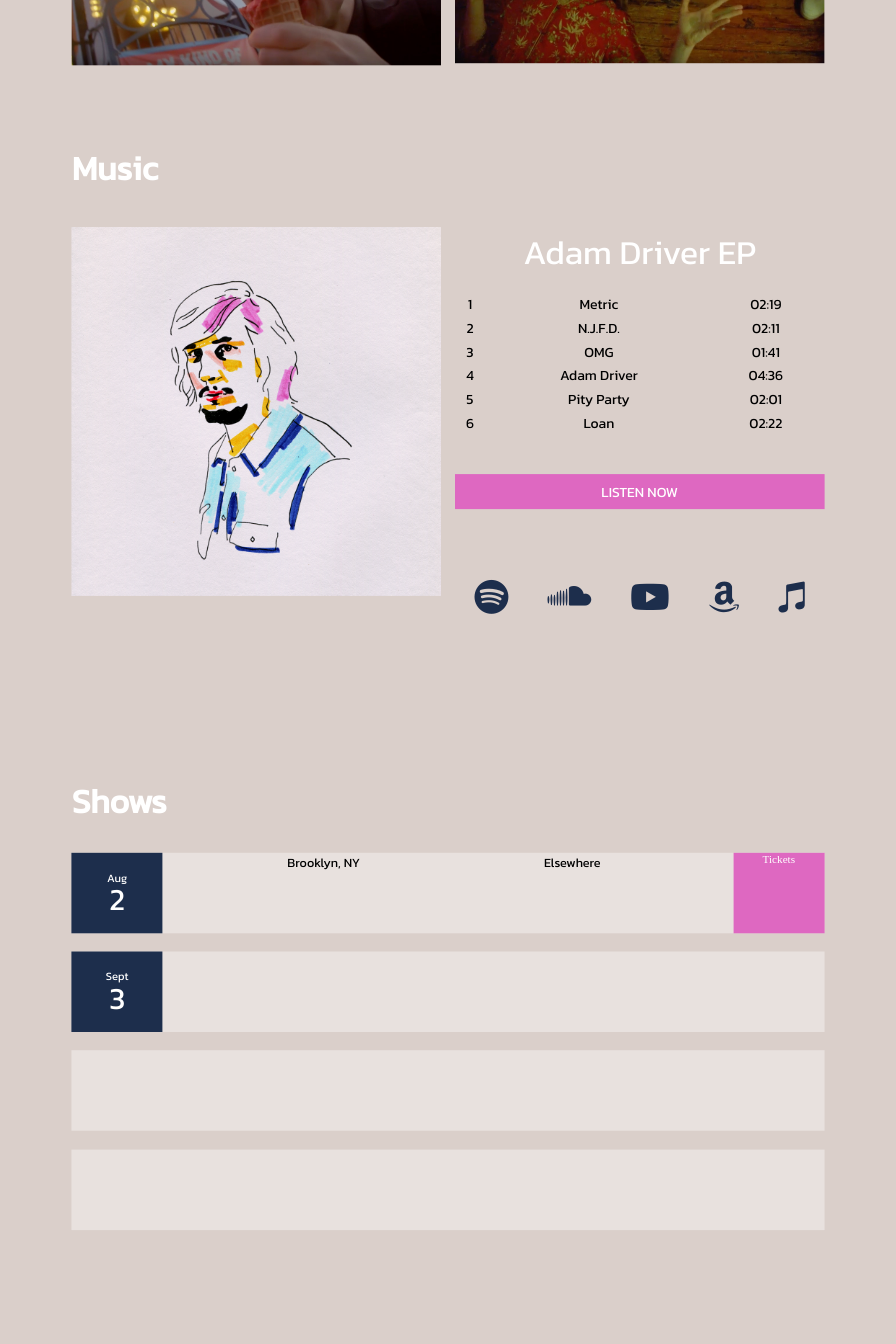
Repository: KrystellBarraza/SipperNYC
Page: index.html
The author's editor kept a copy of each file at every save. The page is drawn from the files as they stood at one save, then again after the next save.
The browser window is 1280 px wide. The pictures show the part of the page from y = 1455 to 3375 px (the page is 3375 px tall), at 70% of full size.
Some web libraries are served in a nearby version.

Above is the page before, as saved 2019-09-11 19:49:19.

### index.html
<!DOCTYPE html>
    <head>
        <meta charset="utf-8">
        <meta http-equiv="X-UA-Compatible" content="IE=edge">
        <title>Sipper</title>
        <meta name="description" content="Wholesome and intrinsically delicate, SIPPER is an NYC based band who wants nothing more than to make you enjoy whatever they put out.">
        <meta name="viewport" content="width=device-width, initial-scale=1">
        <script src="https://kit.fontawesome.com/0942df55aa.js"></script>
        <script src="https://ajax.googleapis.com/ajax/libs/jquery/3.4.1/jquery.min.js"></script>
        <link rel="stylesheet" href="https://ajax.googleapis.com/ajax/libs/jqueryui/1.12.1/themes/smoothness/jquery-ui.css">
        <script src="https://ajax.googleapis.com/ajax/libs/jqueryui/1.12.1/jquery-ui.min.js"></script>
        <link href="https://fonts.googleapis.com/css?family=Kanit&display=swap" rel="stylesheet">
        <link rel="stylesheet" href="venobox/venoboxcopy.css" type="text/css" media="screen">
        <link rel="stylesheet" href="style.css">
    </head>
    <body>

        <div class="container-home">
            <div class="head">
                <header>
                    <h1><a href="index.html">Sipper</a></h1>

                    <div id="toggleText">
                        <p class="menuToggle Open placeHolder"></p>
                        <p class="menuToggle Close" style="color: #FFF;"></p>
                    </div>

                    <div id="menu">
                        <ul id="hiddenMenu">
                            <li><a href="#video">Video</a></li>
                            <li><a href="#music">Music</a></li>
                            <li><a href="#shows">Shows</a></li>
                            <li><a href="#about">About</a></li>
                        </ul>
                    </div>

                    <div class="inlineMenu">
                        <a href="#video">Video</a>
                        <a href="#music">Music</a>
                        <a href="#shows">Shows</a>
                        <a href="#about">About</a>
                    </div>

                </header>
            </div>

            <div id="menu-container"></div>

            <div class="menu">
                <div class="flexbox-nav">
                    <nav class="side-Nav">
                        <li><a href="#video">Video</a></li>
                        <li><a href="#music">Music</a></li>
                        <li><a href="#shows">Shows</a></li>
                        <li><a href="#about">About</a></li>
                    </nav>
                </div>
            </div>

            <div class="album">
                <img src="images/albumcover.jpg">
            </div>

            <div class="footer"></div>

        </div>


        <div class="container-video">
            <div class="head-video">
                <h1 id="video">Video</h1>
            </div>

            <div class="container video-a">
                <div class="content">
                    <a class="venobox" data-autoplay="true" data-vbtype="video" data-gall="myGallery" href="https://youtu.be/N3MalJX4Ll4">
                        <div class="content-overlay"></div>
                        <img class="content-image" src="images/AdamDriver.jpg" alt="Adam Driver">
                        <div class="content-details fadeIn-bottom">
                            <p class="content-title">Adam Driver</p>
                        </div>
                    </a>
                </div>
            </div>

            <div class="container video-b">
                <div class="content">
                    <a class="venobox" data-autoplay="true" data-vbtype="video" data-gall="myGallery" href="https://youtu.be/suzVxfuO1rU">
                        <div class="content-overlay"></div>
                        <img class="content-image" src="images/Metric.jpg" alt="Metric">
                        <div class="content-details fadeIn-top">
                            <p class="content-title">Metric</p>
                        </div>
                    </a>
                </div>
            </div>

            <div class="container video-c">
                <div class="content">
                    <a class="venobox" data-autoplay="true" data-vbtype="video" data-gall="myGallery" href="https://youtu.be/sNYNVeHuiyg">
                        <div class="content-overlay"></div>
                        <img class="content-image" src="images/NJFD.jpg" alt="N.J.F.D.">
                        <div class="content-details fadeIn-left">
                            <p class="content-title">N.J.F.D.</p>
                        </div>
                    </a>
                </div>
            </div>

            <div class="container video-d">
                <div class="content">
                    <a class="venobox" data-autoplay="true" data-vbtype="video" data-gall="myGallery" href="https://youtu.be/S9CmWtUvWd0">
                        <div class="content-overlay"></div>
                        <img class="content-image" src="images/OMG.jpg" alt="OMG">
                        <div class="content-details fadeIn-right">
                            <p class="content-title">OMG</p>
                        </div>
                    </a>
                </div>
            </div>

            <div class="footer-video"></div>

        </div>

        <div class="container-music">
            <div class="head-music">
                <h1 id="music">Music</h1>
            </div>

            <div class="ep">
                <img src="images/albumcover.jpg">
            </div>

            <div class="music-k">
                <p class="ep-title">Adam Driver EP</p>

                <table>
                    <tr>
                        <td>1</td>
                        <td>Metric</td>
                        <td>02:19</td>
                    </tr>
                    <tr>
                        <td>2</td>
                        <td>N.J.F.D.</td>
                        <td>02:11</td>
                    </tr>
                    <tr>
                        <td>3</td>
                        <td>OMG</td>
                        <td>01:41</td>
                    </tr>
                    <tr>
                        <td>4</td>
                        <td>Adam Driver</td>
                        <td>04:36</td>
                    </tr>
                    <tr>
                        <td>5</td>
                        <td>Pity Party</td>
                        <td>02:01<td>
                    </tr>
                    <tr>
                        <td>6</td>
                        <td>Loan</td>
                        <td>02:22</td>
                    </tr>
                </table>
            </div>

            <div class="music-j">
                <div class="listen">
                    <a href="https://levelmusic.lnk.to/AdamDriver_EP" target="_blank">Listen Now</a>
                </div>
            </div>

            <div class="fabIcons music-g">
                <a href="https://open.spotify.com/album/55qLPgpA8Q9fKp5JZo5pjp" target="_blank"><i class="fab fa-spotify"></i></a>
                <a href="https://soundcloud.com/invertebratemusic/sets/sipper-adam-driver-ep" target="_blank"><i class="fab fa-soundcloud"></i></a>
                <a href="https://www.youtube.com/channel/UC4grwiaSitqhA_vmRum_fdg/search?query=sipper" target="_blank"><i class="fab fa-youtube"></i></a>
                <a href="https://www.amazon.com/gp/product/B07QJBL8ZX/ref=dm_ws_sp_ps_dp" target="_blank"><i class="fab fa-amazon"></i></a>
                <a href="https://music.apple.com/us/album/1459355658?app=music" target="_blank"><i class="fab fa-itunes-note"></i></a>
            </div>

            <div class="footer-music"></div>

        </div>

        <div class="container-shows">
            <div class="head-shows">
                <h1 id="shows">Shows</h1>
            </div>

            <div class="shows-m">
                <div class="dates-container-flex">
                    <div class="date-box">
                        <div class="month">Aug</div>
                        <div class="date">2</div>
                    </div>

                    <div class="location">
                        <p>Brooklyn, NY</p>
                    </div>

                    <div class="venue">
                        <p>Elsewhere</p>
                    </div>

                    <div class="tickets">Tickets</div>
                </div>
            </div>


            <div class="shows-n">
                <div class="dates-container-flex">
                    <div class="date-box">
                        <div class="month">Sept</div>
                        <div class="date">3</div>
                    </div>

                </div>
            </div>


            <div class="shows-o">
                <div class="dates-container-flex">

                </div>
            </div>

            <div class="shows-p">
                <div class="dates-container-flex">

                </div>
            </div>

            <div class="footer-shows"></div>

        </div>

        <script src="app.js" async defer></script>
        <script src="venobox/venobox.mincopy.js" async defer></script>
    </body>
</html>

### style.css
* {
    box-sizing: border-box;
}

html {
    scroll-behavior: smooth;
}

body {
    margin: 0;
    background-color: #dacfca;
}

p, li {
    font-family: 'Kanit', sans-serif;
}

p {
    font-size: 18px;
    margin: 0;
}

h1 {
    font-family: 'Kanit', sans-serif;
    color: #fff;
    font-size: 48px;
}

a {
    text-decoration: none;
    color: #fff;
}

/* Header - Home */

.container-home {
    display: grid;
    grid-template-columns: repeat(12, 1fr);
    grid-template-rows: auto 2fr 1fr;
    grid-gap: 5px;
    grid-column-gap: 20px;
    padding-left: 8%;
    padding-right: 8%;
    grid-template-areas:
    "h h h h h h h h h h h h"
    "c c c c c c c c c m m m"
    "c c c c c c c c c m m m"
    "c c c c c c c c c m m m"
    "f f f f f f f f f f f f";
}

.head {
    grid-area: h;
}

.inlineMenu {
    font-family: 'Kanit', sans-serif;
    font-size: 22px;
    word-spacing: 1em;
    top: 16%;
    right: 10%;
    position: absolute;
}

@media (min-width: 566px) and (max-width: 569px) {
    .inlineMenu {
        top: 19.5%;
        word-spacing: .5em;
    }
}

/* Toggled Header Nav */

#toggleText {
    top: 5%;
    right: 10%;
    color: #fff;
    position: absolute;
    z-index: 10;
}

#menu-container {
    background-color: #1d2e4c;
    position: absolute;
    width: 100%;
    left: 0%;
    height: 100vh;
    z-index: 6;
}

#menu {
    background-color: #1d2e4c;
    position: absolute;
    top: 0%;
    left: 0%;
    width: 100%;
    height: 100vh;
    z-index: 7;
}

#hiddenMenu {
    position: absolute;
    top: 30%;
}

p.placeHolder {
    display: none;
}

p.Open:before {
    content: "Menu";
}

p.Close:before {
    content: "Close";
}

ul {
    list-style: none;
}

li {
    font-size: 44px;
    line-height: 46pt;
}

/* Toggled Menu Media Queries */

@media only screen and (max-width: 450px) {
    nav {
        visibility: hidden;
    }
}

@media only screen and (min-width: 450px) {
    #toggleText {
        visibility: hidden;
    }

    #menu {
        visibility: hidden;
    }

    #menu-container {
        visibility: hidden;
    }
}

/* Scrollbar */

::-webkit-scrollbar { width: 8px; }

::-webkit-scrollbar-track { color: transparent; }

::-webkit-scrollbar-thumb {
    background-color: rgba(000, 0, 0, 0.2);
    border-radius: 5px;
}

/* Menu */

.menu {
    grid-area: m;
}

.flexbox-nav {
    display: flex;
    align-items: flex-end;
    justify-content: flex-end;
    margin-top: 356px;
}

.side-nav {
    align-self: flex-end;
    margin-top: 30px;
}

nav > a {
    font-family: 'Kanit', sans-serif;
    color: #fff;
    font-size: 48px;
}

nav > li {
    list-style-type: none;
    padding: 0;
    margin: 0;
}

@media only screen and (max-width: 416px){
    .menu {
        display: none;
    }

    .container-home {
        display: grid;
        grid-template-columns: repeat(12, 1fr);
        grid-template-rows: auto 2fr 1fr;
        grid-gap: 5px;
        padding-left: 8%;
        padding-right: 8%;
        grid-template-areas:
        "h h h h h h h h h h h h"
        "c c c c c c c c c c c c"
        "c c c c c c c c c c c c"
        "c c c c c c c c c c c c"
        "f f f f f f f f f f f f";
    }

    .album > img {
        object-fit: contain;
        width: 100%;
    }

}

/* Inline Menu Queries */

@media only screen and (max-width: 416px) {
    .inlineMenu {
        display: none;
    }
}

@media only screen and (min-width: 766px){
    .inlineMenu {
        display: none;
    }
}

/* Mobile Landscape Queries */

@media (orientation: landscape) and (max-width: 766px) {
    .menu {
        display: none;
    }

    .container-home {
        display: grid;
        grid-template-columns: repeat(12, 1fr);
        grid-template-rows: auto 2fr 1fr;
        grid-gap: 5px;
        padding-left: 8%;
        padding-right: 8%;
        grid-template-areas:
        "h h h h h h h h h h h h"
        "c c c c c c c c c c c c"
        "c c c c c c c c c c c c"
        "c c c c c c c c c c c c"
        "f f f f f f f f f f f f";
    }

    .album > img {
        object-fit: contain;
        width: 100%;
    }
}

/* Album */

.album {
    grid-area: c;
}

.album > img {
    object-fit: contain;
    width: 100%;
    max-height: 600px;
}

.footer {
    grid-area: f;
    height: 70px;
}


/* Video */

.container-video {
    display: grid;
    grid-template-columns: repeat(12, 1fr);
    grid-template-rows: auto 1fr 1fr;
    grid-gap: 5px;
    grid-column-gap: 20px;
    padding-left: 8%;
    padding-right: 8%;
    grid-template-areas:
    "h h h h h h h h h h h h"
    "a a a a a a b b b b b b"
    "c c c c c c d d d d d d"
    "f f f f f f f f f f f f";
}

.head-video {
    grid-area: h;
}

.video-a {
    grid-area: a;
    justify-self: center;
}

.video-b {
    grid-area: b;
    justify-self: center;
}

.video-c {
    grid-area: c;
    justify-self: center;
}

.video-d {
    grid-area: d;
    justify-self: center;
}

.footer-video {
    grid-area: f;
    height: 70px;
}

.container .title {
    text-align: center;
}

.content {
    position: relative;
    width: 100%;
    max-width: 550px;
    overflow: hidden;
}

.content .content-overlay {
    background: rgba(0,0,0,0.7);
    position: absolute;
    height: 99%;
    width: 100%;
    opacity: 0;
    -webkit-transition: all 0.4s ease-in-out 0s;
    -moz-transition: all 0.4s ease-in-out 0s;
    transition: all 0.4s ease-in-out 0s;
}

.content:hover .content-overlay {
    opacity: 1;
}

.content-image {
    width: 100%;
}

.content-details {
    position: absolute;
    text-align: center;
    padding-left: 1em;
    padding-right: 1em;
    width: 100%;
    top: 50%;
    left: 50%;
    opacity: 0;
    -webkit-transform: translate(-50%, -50%);
    -moz-transform: translate(-50%, -50%);
    transform: translate(-50%, -50%);
    -webkit-transition: all 0.3s ease-in-out 0s;
    -moz-transition: all 0.3s ease-in-out 0s;
    transition: all 0.3s ease-in-out 0s;
}

.content:hover .content-details {
    top: 50%;
    left: 50%;
    opacity: 1;
}

.content-details p {
    color: #fff;
    font-weight: 500;
    letter-spacing: 0.15em;
    margin-bottom: 0.5em;
    font-size: 0.8em;
    text-transform: uppercase;
}

.fadeIn-bottom {
    top: 80%;
}

.fadeIn-top {
    top: 20%;
}

.fadeIn-left {
    left: 20%;
}

.fadeIn-right {
    left: 80%;
}

@media only screen and (max-width: 416px){
    .container-video {
        display: grid;
        grid-template-columns: repeat(12, 1fr);
        grid-template-rows: auto 1fr 1fr;
        grid-gap: 5px;
        padding-left: 8%;
        padding-right: 8%;
        grid-template-areas:
        "h h h h h h h h h h h h"
        "a a a a a a a a a a a a"
        "b b b b b b b b b b b b"
        "c c c c c c c c c c c c"
        "d d d d d d d d d d d d"
        "f f f f f f f f f f f f";
    }

    .footer-video {
        display: none;
    }
}

/* Music */

.container-music {
    display: grid;
    grid-template-columns: repeat(12, 1fr);
    grid-template-rows: repeat(6, 1fr);
    grid-gap: 5px;
    grid-column-gap: 20px;
    padding-left: 8%;
    padding-right: 8%;
    grid-template-areas:
    "h h h h h h h h h h h h"
    "e e e e e e k k k k k k"
    "e e e e e e k k k k k k"
    "e e e e e e j j j j j j"
    "e e e e e e g g g g g g"
    "f f f f f f f f f f f f";
}

.head-music {
    grid-area: h;
}

.footer-music {
    grid-area: f;
    height: 70px;
}

.ep {
    grid-area: e;
}

.ep > img {
    object-fit: contain;
    width: 100%;
    max-height: 600px;
}

.music-k {
    grid-area: k;
}

.music-k > .ep-title {
    object-fit: contain;
    text-align: center;
    font-size: 48px;
    color: #fff;
    margin: 0;
    width: 100%;
}

.music-k > table {
    font-family: 'Kanit', sans-serif;
    object-fit: contain;
    text-align: center;
    padding-top: 20px;
    border: 0;
    font-size: 20px;
    width: 100%;
}

.music-g {
    grid-area: g;
    align-items: center;
}

.fabIcons {
    display: flex;
    justify-content: space-around;
}

i {
    font-family:'FontAwesome';
    font-size: 50px;
    color: #1d2e4c;
    transition: 0.5s;
}

i.fab:hover {
    color: #3a527c;
}

.music-j {
    grid-area: j;
    align-items: center;
}

.listen {
    margin-top: 50px;
    display: flex;
    justify-content: space-around;
    background: #de68c1;
    font-family: 'Kanit', sans-serif;
    text-transform: uppercase;
    text-align: center;
    align-items: center;
    height: 50px;
    font-size: 1.25em;
    -webkit-transition: 0.5s;
    transition: 0.5s;
    border: none;
}

.listen:hover {
    background: #e794ce;
}

@media only screen and (max-width: 376px) {
    i {
        font-size: 40px;
    }
}

@media screen and (max-width: 824px) {
    .music-k > .ep-title {
        font-size: 36px;
        text-align: center;
    }

    i {
        font-size: 36px;
    }

    .container-music {
        display: grid;
        grid-template-columns: repeat(12, 1fr);
        grid-template-rows: 1fr 1fr 1fr auto;
        grid-gap: 5px;
        grid-column-gap: 20px;
        padding-left: 8%;
        padding-right: 8%;
        grid-template-areas:
        "h h h h h h h h h h h h"
        "e e e e e e k k k k k k"
        "e e e e e e k k k k k k"
        "g g g g g g j j j j j j"
        "f f f f f f f f f f f f";
    }

    .listen {
        margin-top: 10px;
    }

    .fabIcons {
        margin-top: 10px;
    }
}

@media (orientation: landscape) and (max-width: 668px) {
    .music-k > .ep-title {
        font-size: 25px;
    }

    .music-k > table {
        font-size: 14px;
        width: 100%;
        text-align: center;
    }

    .listen {
        margin-top: 0;
    }

    .fabIcons {
        margin-top: 0;
    }
}

@media only screen and (max-width: 416px) {
    .container-music {
        display: grid;
        grid-template-columns: repeat(12, 1fr);
        grid-template-rows: 1fr auto;
        grid-gap: 5px;
        grid-column-gap: 20px;
        padding-left: 8%;
        padding-right: 8%;
        grid-template-areas:
        "h h h h h h h h h h h h"
        "e e e e e e e e e e e e"
        "e e e e e e e e e e e e"
        "k k k k k k k k k k k k"
        "k k k k k k k k k k k k"
        "j j j j j j j j j j j j"
        "g g g g g g g g g g g g"
        "f f f f f f f f f f f f";
    }

    .music-k > table {
        font-size: 16px;
        width: 100%;
        text-align: center;
    }

    .music-k > .ep-title {
        font-size: 36px;
        text-align: center;
    }

    .listen {
        margin-top: 20px;
    }

    .music-g {
        margin-top: 25px;
        margin-bottom: 25px;
    }

    .footer-music {
        display: none;
    }

}

/* Shows */

.container-shows {
    display: grid;
    grid-template-columns: repeat(12, 1fr);
    grid-template-rows: repeat(6, 1fr);
    grid-gap: 5px;
    grid-column-gap: 20px;
    padding-left: 8%;
    padding-right: 8%;
    grid-template-areas:
    "h h h h h h h h h h h h"
    "m m m m m m m m m m m m"
    "n n n n n n n n n n n n"
    "o o o o o o o o o o o o"
    "p p p p p p p p p p p p"
    "f f f f f f f f f f f f";
}

.head-shows {
    grid-area: h;
}

.shows-m {
    grid-area: m;
}

.shows-n {
    grid-area: n;
}

.shows-o {
    grid-area: o;
}

.shows-p {
    grid-area: p;
}

.footer-shows {
    grid-area: f;
    height: 70px;
}

.dates-container-flex {
    display: flex;
    flex-direction: column;
    flex-flow: row wrap;
    justify-content: space-between;
    align-content: space-between;
    background-color: rgba(255, 255, 255, 0.37);
    transition: 0.5s;
    height: 115px;
}

.dates-container-flex:hover {
    background-color: rgba(255, 255, 255, 0.568);
}

.date-box {
    background-color: #1d2e4c;
    color: #FFF;
    width: 130px;
    height: 115px;
    text-align: center;
    line-height: 2em;
    order: 1;
    align-self: flex-start;
    padding-top: 19px;
    font-family: 'Kanit', sans-serif;
}

.month {
    font-size: 1em;
}

.date {
    font-size: 2.75em;
}

.location {
    width: 250px;
    height: 115px;
    text-align: center;
    order: 2;
}

.venue {
    width: 250px;
    height: 115px;
    text-align: center;
    order: 3;
}

.tickets {
    background-color: #de68c1;
    color: #FFF;
    width: 130px;
    height: 115px;
    text-align: center;
    order: 4;
    align-self: flex-end;
    -webkit-transition: 0.5s;
            transition: 0.5s;
}

.tickets:hover {
    background-color: #e794ce;
}

@media screen and (max-width: 824px) {
    .container-shows {
        display: grid;
        grid-template-columns: repeat(12, 1fr);
        grid-template-rows: 1fr auto;
        grid-gap: 30px;
        grid-column-gap: 20px;
        padding-left: 8%;
        padding-right: 8%;
        grid-template-areas:
        "h h h h h h h h h h h h"
        "m m m m m m m m m m m m"
        "m m m m m m m m m m m m"
        "n n n n n n n n n n n n"
        "n n n n n n n n n n n n"
        "o o o o o o o o o o o o"
        "o o o o o o o o o o o o"
        "p p p p p p p p p p p p"
        "p p p p p p p p p p p p"
        "f f f f f f f f f f f f";
    }

    .dates-container-flex {
        height: 250px;
    }

    .date-box {
        width: 100%;
        height: 110px;
    }

    .location {
        width: 100%;
        height: 50px;
    }

    .venue {
        width: 100%;
        height: 50px;
    }

    .tickets {
        width: 100%;
        height: 40px;
    }
}

### app.js
$(document).ready(() => {
    $('#toggleText').click(() => {
      $('.menuToggle').toggleClass('placeHolder');
      $('#menu').toggle('slide',{direction:'up'}, 1000);
      $('#menu-container').toggle('fade',{direction: 'down'}, 500);
    });
  });

  $(document).ready(function(){
    $('.venobox').venobox({
        spinner:'three bounce',
        closeBackground: 'transparent'
    });
});

Loaded but not shown: venobox/venoboxcopy.css (common file); venobox/venobox.mincopy.js (library)

After the next save:
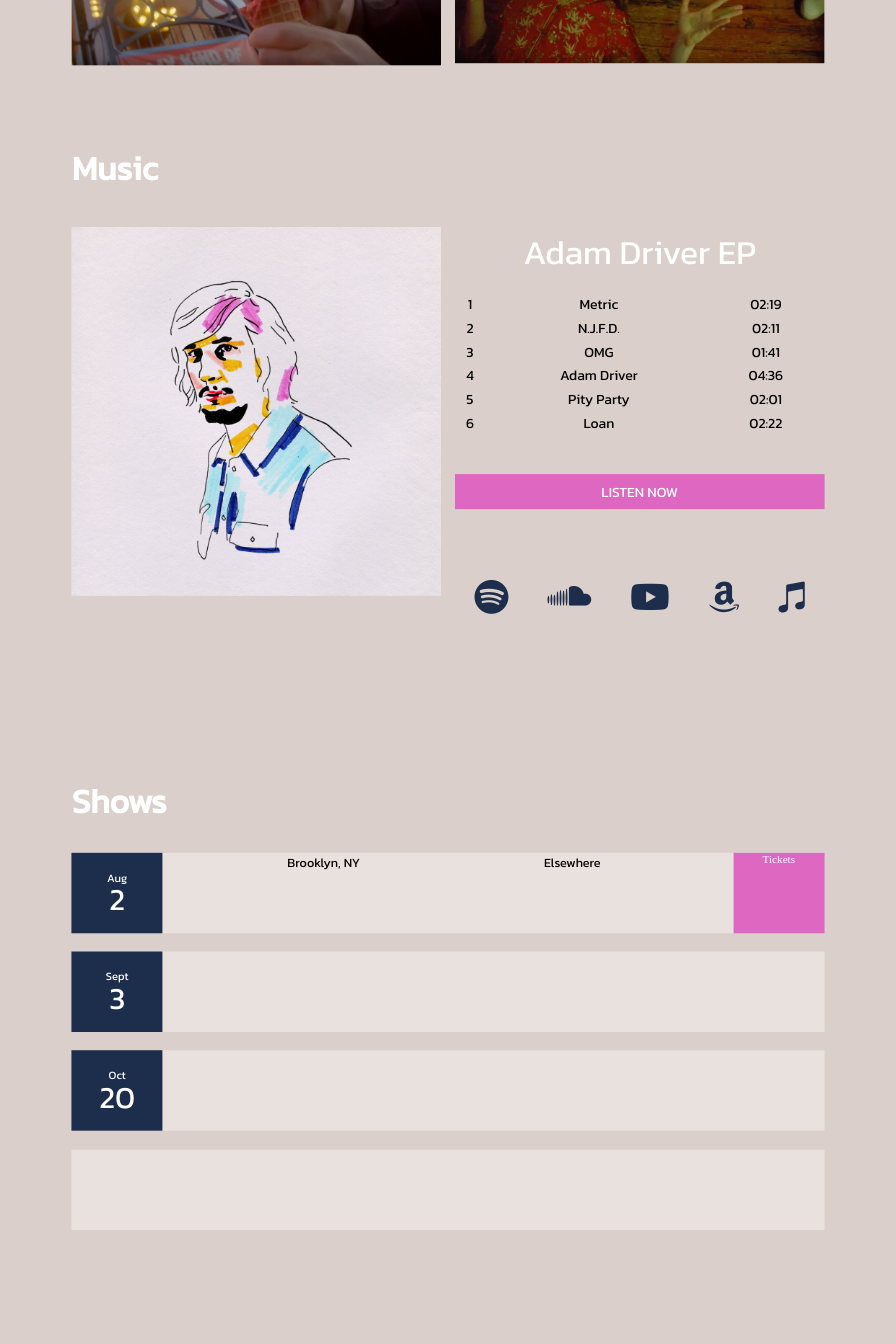
Saved 119 s later.
--- a/index.html
+++ b/index.html
@@ -225,6 +225,10 @@
 
             <div class="shows-o">
                 <div class="dates-container-flex">
+                    <div class="date-box">
+                        <div class="month">Oct</div>
+                        <div class="date">20</div>
+                    </div>
 
                 </div>
             </div>
